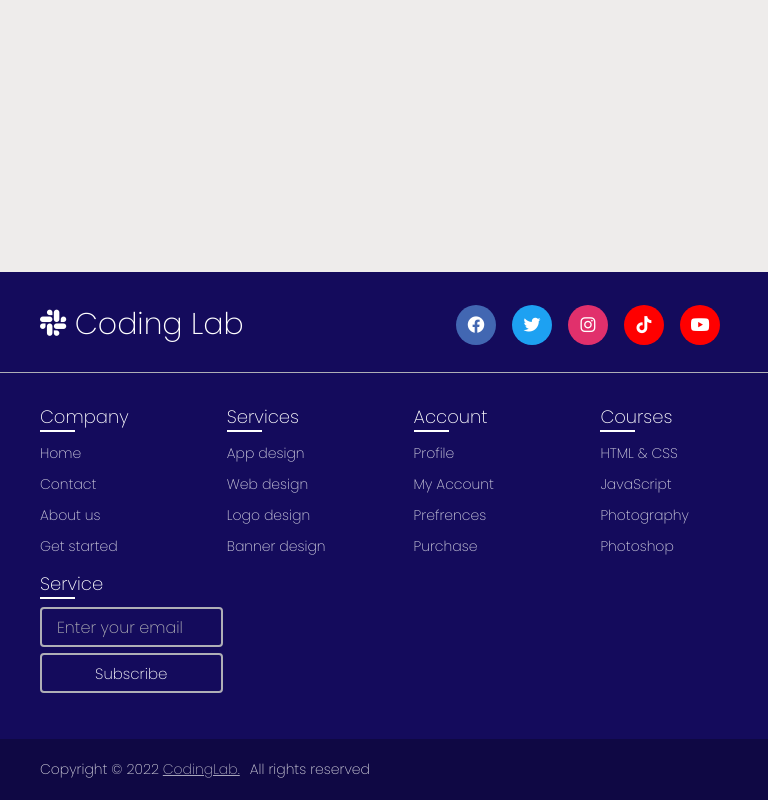
Repository: huynhvanngoan/TaskTeam5
Page: ResponsiveWebsiteFooterDesign/index.html
These files come from the project's save history. The page is drawn as it stood at one moment and after the next save; the edit follows.
The browser window is 768 px wide. The pictures show the whole page.

Above is the page before, as saved 2022-10-10 13:20:22.

### ResponsiveWebsiteFooterDesign/index.html
<!DOCTYPE html>
<html lang="en">
<head>
    <meta charset="UTF-8">
    <meta http-equiv="X-UA-Compatible" content="IE=edge">
    <meta name="viewport" content="width=device-width, initial-scale=1.0">
    <title>Responsive Website Footer Design</title>
    <link rel="stylesheet" href="https://cdnjs.cloudflare.com/ajax/libs/font-awesome/6.2.0/css/all.min.css">
    <link rel="stylesheet" href="style.css">
</head>
<body>
    <footer>
        <div class="content">
            <div class="top">
                <div class="logo-details">
                    <i class="fab fa-slack"></i>
                    <span class="logo_name">Coding Lab</span>
                </div>
                <div class="media-icons">
                    <a href="#"><i class ="fab fa-facebook"></i></a>
                    <a href="#"><i class="fab fa-twitter"></i></a>
                    <a href="#"><i class="fab fa-instagram"></i></a>
                    <a href="#"><i class="fab fa-tiktok"></i></a>
                    <a href="#"><i class="fab fa-youtube"></i></a>
                </div>
            </div>
            <div class="link-boxes">
                <ul class="box">
                    <li class="link_name">Company</li>
                    <li><a href="#">Home</a></li>
                    <li><a href="#">Contact</a></li>
                    <li><a href="#">About us</a></li>
                    <li><a href="#">Get started</a></li>
                </ul>
                <ul class="box">
                    <li class="link_name">Services</li>
                    <li><a href="#">App design</a></li>
                    <li><a href="#">Web design</a></li>
                    <li><a href="#">Logo design</a></li>
                    <li><a href="#">Banner design </a></li>
                </ul>
                <ul class="box">
                    <li class="link_name">Account</li>
                    <li><a href="#">Profile</a></li>
                    <li><a href="#">My Account</a></li>
                    <li><a href="#">Prefrences</a></li>
                    <li><a href="#">Purchase</a></li>
                </ul>
                <ul class="box">
                    <li class="link_name">Courses</li>
                    <li><a href="#">HTML & CSS</a></li>
                    <li><a href="#">JavaScript</a></li>
                    <li><a href="#">Photography</a></li>
                    <li><a href="#">Photoshop</a></li>
                </ul>
                <ul class="box input-box">
                    <li class="link_name">Service</li>
                    <li><input type="text" placeholder="Enter your email"></li>
                    <li><input type="button" value="Subscribe"></li>
                </ul>
            </div>
        </div>
        <div class="bottom-details">
            <div class="bottom_text">
                <span class="copyright_text">Copyright &#169; 2022 <a href="#">CodingLab.</a>All rights reserved</span>
                <span class="policy_terms"><a href="#">Privacy policy</a>
                <a href="#">Terms & condition</a></span>
            </div>
        </div>
    </footer>
</body>
</html>

### ResponsiveWebsiteFooterDesign/style.css
/* Google font cdn link */
@import url('https://fonts.googleapis.com/css2?family=Poppins:ital,wght@0,200;0,600;1,500;1,900&display=swap');

* {
    margin: 0;
    padding: 0;
    box-sizing: border-box;
    font-family: 'Poppins', sans-serif;
}

body {
    min-height: 100vh;
    width: 100%;
    background: #EEECEB;
}

footer {
    position: fixed;
    background: #140B5C;
    width: 100%;
    bottom: 0;
    left: 0;
}
footer::before{
    content: '';
    position: absolute;
    left: 0;
    top: 100px;
    height: 1px;
    width: 100%;
    background: #AFAFB6;
}
footer .content {
    max-width: 1250px;
    margin: auto;
    padding: 30px 40px 40px 40px;
}
footer .content .top{
    display: flex;
    align-items: center;
    justify-content: space-between;
    margin-bottom: 50px;
}
.content .top .logo-details {
    color: #fff;
    font-size: 30px;
}
.content .top .media-icons {
    display: flex;
}
.content .top .media-icons a {
    height: 40px;
    width: 40px;
    background: red;
    margin: 0px 8px;
    border-radius: 50%;
    text-align: center;
    line-height: 40px;
    color: #fff;
    font-size: 17px;
    text-decoration: none;
}
.content .top .media-icons a:nth-child(1){
    background: #4267B2;
}
.content .top .media-icons a:nth-child(1):hover{
    color: #4267B2;
    background: #fff;
}
.content .top .media-icons a:nth-child(2){
    background: #1DA1F2;
}
.content .top .media-icons a:nth-child(2):hover{
    color: #1DA1F2;
    background: #fff;
}
.content .top .media-icons a:nth-child(3){
    background: #E1306C;
}
.content .top .media-icons a:nth-child(3):hover{
    color: #E1306C;
    background: #fff;
}
.content .top .media-icons a:nth-child(4){
    background: #000;
}
.content .top .media-icons a:nth-child(3):hover{
    color: #000;
    background: #fff;
}
.content .top .media-icons a:nth-child(4){
    background: #FF0000;
}
.content .top .media-icons a:nth-child(4):hover{
    color: #FF0000;
    background: #fff;
}
footer .content .link-boxes{
    width: 100%;
    display: flex;
    justify-content: space-between;
}
footer .content .link-boxes .box{
    width: calc(100% / 5 - 10px);
}
.content .link-boxes .box .link_name{
    color: #fff;
    font-size: 18px;
    font-weight: 400;
    margin-bottom: 10px;
    position: relative;
}
.link-boxes .box .link_name::before{
    content: '';
    position: absolute;
    left: 0;
    bottom: -2px;
    height: 2px;
    width: 35px;
    background: #fff;
}
.content .link-boxes .box li{
    margin: 6px 0;
    list-style: none;
}
.content .link-boxes .box li a{
    color: #fff;
    font-size: 14px;
    font-weight: 400;
    text-decoration: none;
    opacity: 0.8;
    transition: all 0.4s ease;
}
.content .link-boxes .box li a:hover{
    opacity: 1;
    text-decoration: underline;
}
.content .link-boxes .input-box {
    margin-right: 55px;
}
.link-boxes .input-box input{
    height: 40px;
    width: calc(100% + 55px);
    outline: none;
    border: 2px solid #AFAFB6;
    background: #140B5C;
    border-radius: 4px;
    padding: 0 15px;
    font-size: 15px;
    color: #fff;
}
.link-boxes .input-box input::placeholder{
    color: #AFAFB6;
    font-size: 16px;
}
.link-boxes .input-box input[type="botton"]{
    background: #fff;
    color: #140B5C;
    border: none;
    font-size: 18px;
    font-weight: 500;
    margin: 4px 0;
    opacity: 0.8;
    cursor: pointer;
    transition: all 0.4s ease;
}
.link-boxes .input-box input[type="botton"]:hover{
    opacity: 1;
}
footer .bottom-details{
    width: 100%;
    background: #0F0844;
}
footer .bottom-details .bottom_text{
    min-width: 1250px;
    margin-left: auto;
    margin: auto;
    padding: 20px 40px;
    display: flex;
    justify-content: space-between;
}
.bottom-details .bottom_text span,
.bottom-details .bottom_text a{
    font-size: 14px;
    font-weight: 300;
    color: #fff;
    opacity: 0.8;
}
.bottom-details .bottom_text a:hover{
    opacity: 1;
    text-decoration: underline;
}
.bottom-details .bottom_text a{
    margin-right: 10px;
}
@media (max-width: 900px)  {
    footer .content .link-boxes{
        flex-wrap: wrap;
    }
    f.content .link-boxes .input-box{
        width: 40%;
        margin-top: 10px;
    }
}
@media (max-width: 700px){
    .content .top .logo-details{
        font-size: 26px;
    }
    .content .top .media-icons a{
        height: 35px;
        width: 35px;
        font-size: 14px;
        line-height: 35px;
    }
    footer .content .link-boxes .box{
        width: calc(100% / 3 - 10px);
    }
}

After the next save:
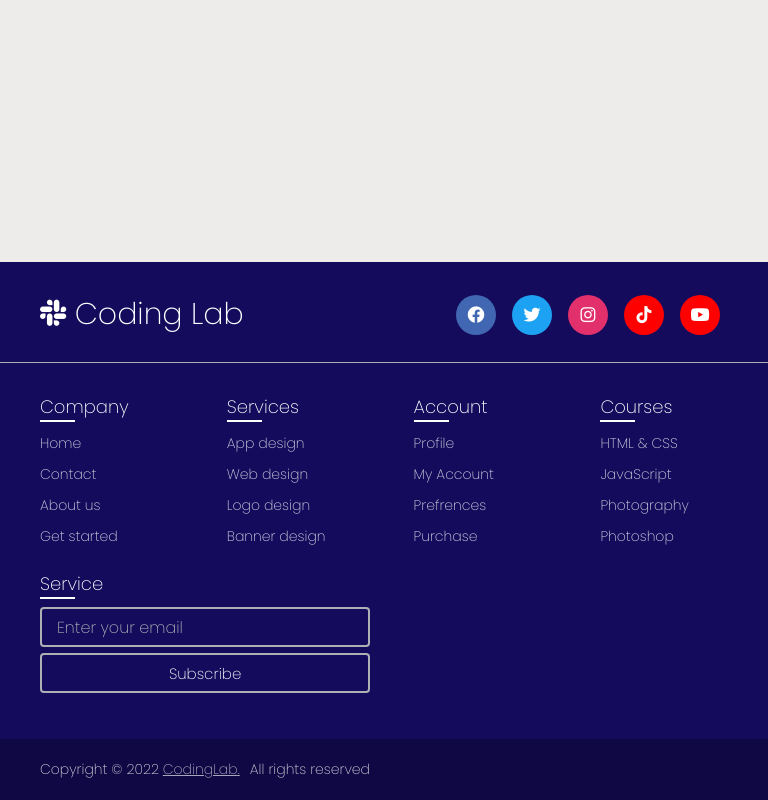
Saved 7 s later.
--- a/ResponsiveWebsiteFooterDesign/style.css
+++ b/ResponsiveWebsiteFooterDesign/style.css
@@ -197,7 +197,7 @@ footer .bottom-details .bottom_text{
     footer .content .link-boxes{
         flex-wrap: wrap;
     }
-    f.content .link-boxes .input-box{
+    footer .content .link-boxes .input-box{
         width: 40%;
         margin-top: 10px;
     }
